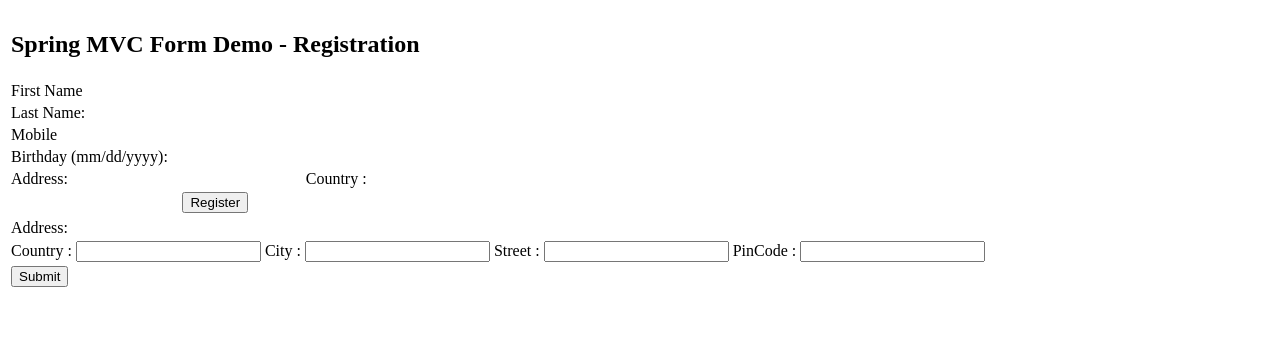
Repository: akashbadave7/SpringMVC
Page: http://localhost/SpringDemo/WEB-INF/jsp/form.jsp
An editor plug-in stored every save of this project. The page is shown before and after the next save, followed by the edit.
The browser window is 1280 px wide. The pictures show the whole page.
The page is served by Tomcat 9. Nobody is signed in. Other server files are loaded and not shown. The template is opened directly, without the code that normally fills it, so the values that code supplies are empty.

Above is the page before, as saved 2017-11-04 09:25:53.

### SpringDemo/src/main/webapp/WEB-INF/jsp/form.jsp
<%@ page language="java" contentType="text/html; charset=UTF-8"
    pageEncoding="UTF-8"%>
<!DOCTYPE html PUBLIC "-//W3C//DTD HTML 4.01 Transitional//EN" "http://www.w3.org/TR/html4/loose.dtd">
<html>
<head>
<meta http-equiv="Content-Type" content="text/html; charset=UTF-8">
<title>Insert title here</title>
</head>
<body>
<form:form action="register" method="post" commandName="userForm">
            <table border="0">
                <tr>
                    <td colspan="2" align="center"><h2>Spring MVC Form Demo - Registration</h2></td>
                </tr>
                <tr>
                    <td>First Name</td>
                    <td><form:input path="fname" /></td>
                </tr>
                <tr>
                    <td>Last Name:</td>
                    <td><form:password path="lname" /></td>
                </tr>
                <tr>
                    <td>Mobile</td>
                    <td><form:input path="mobile" /></td>
                </tr>
                <tr>
                    <td>Birthday (mm/dd/yyyy):</td>
                    <td><form:input path="dob" /></td>
                </tr>
                <tr>
                    <td>Address:</td>
                    <td>Country :<form:input path="country" />
                </tr>
                <tr>
                    <td colspan="2" align="center"><input type="submit" value="Register" /></td>
                </tr>
            </table>
        </form:form>
	</table>
	<table>
		<tr><td>Address: </td></tr>
		<tr>
			<td>Country : <input type="text" name="address.country"></td>
			<td>City : <input type="text" name="address.city"></td>
			<td>Street : <input type="text" name="address.street"></td>
			<td>PinCode : <input type="text" name="address.pincode"></td>
	</tr>

		<tr><td><input type="submit" value="Submit"/></td></tr>
	</table>
	</form>
</body>
</html>

After the next save:
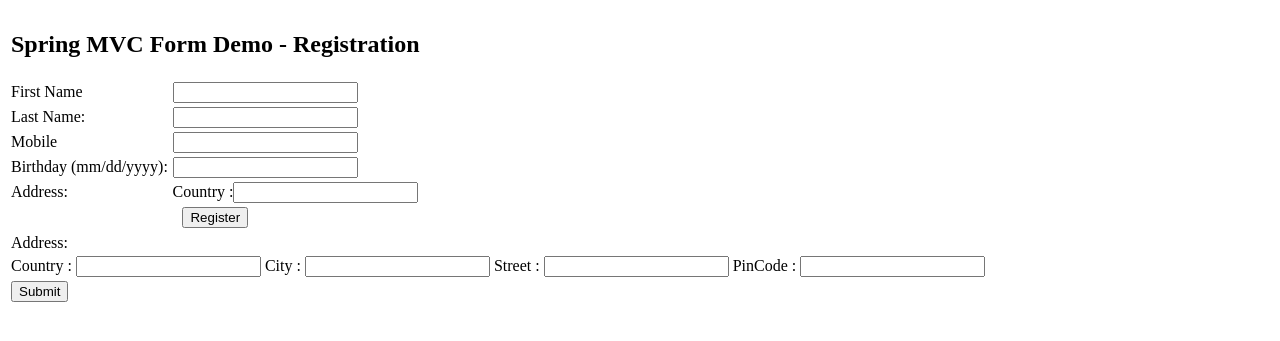
Saved 9 s later.
--- a/SpringDemo/src/main/webapp/WEB-INF/jsp/form.jsp
+++ b/SpringDemo/src/main/webapp/WEB-INF/jsp/form.jsp
@@ -1,5 +1,6 @@
 <%@ page language="java" contentType="text/html; charset=UTF-8"
     pageEncoding="UTF-8"%>
+    <%@taglib uri = "http://www.springframework.org/tags/form" prefix = "form"%>
 <!DOCTYPE html PUBLIC "-//W3C//DTD HTML 4.01 Transitional//EN" "http://www.w3.org/TR/html4/loose.dtd">
 <html>
 <head>
@@ -7,7 +8,7 @@
 <title>Insert title here</title>
 </head>
 <body>
-<form:form action="register" method="post" commandName="userForm">
+			<form:form action="register" method="post" commandName="userForm">
             <table border="0">
                 <tr>
                     <td colspan="2" align="center"><h2>Spring MVC Form Demo - Registration</h2></td>
